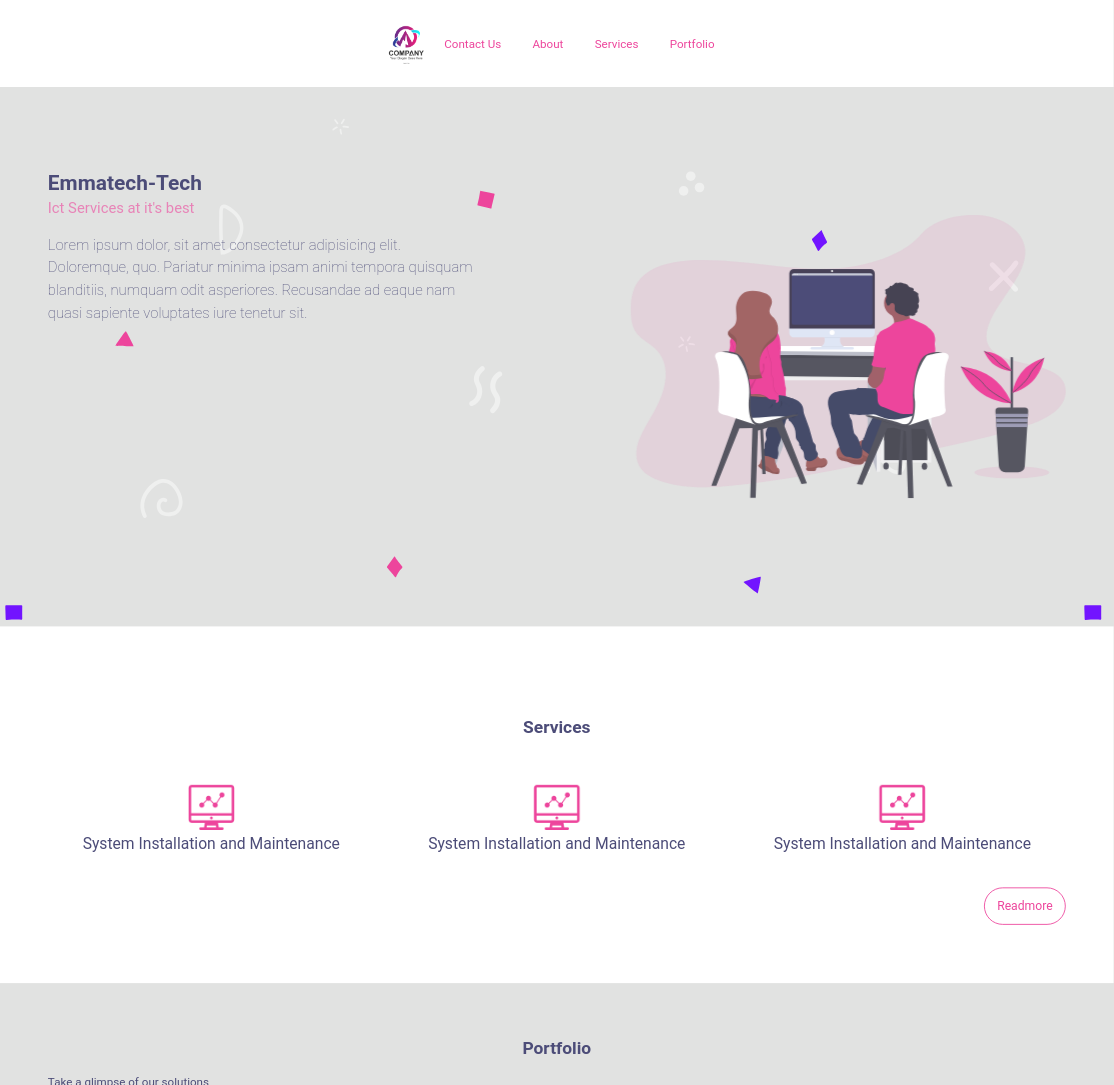
Repository: wisdomspine/emmatech-website
Page: index.html
An editor plug-in stored every save of this project. The page is shown before and after the next save, followed by the edit.
The browser window is 1280 px wide. The pictures show the part of the page from y = 0 to 1247 px (the page is 1561 px tall), at 87% of full size.
A picture or video elsewhere on the page could not be fetched, so the positions and the page height are approximate.

Above is the page before, as saved 2020-10-28 10:23:09.

After the next save:
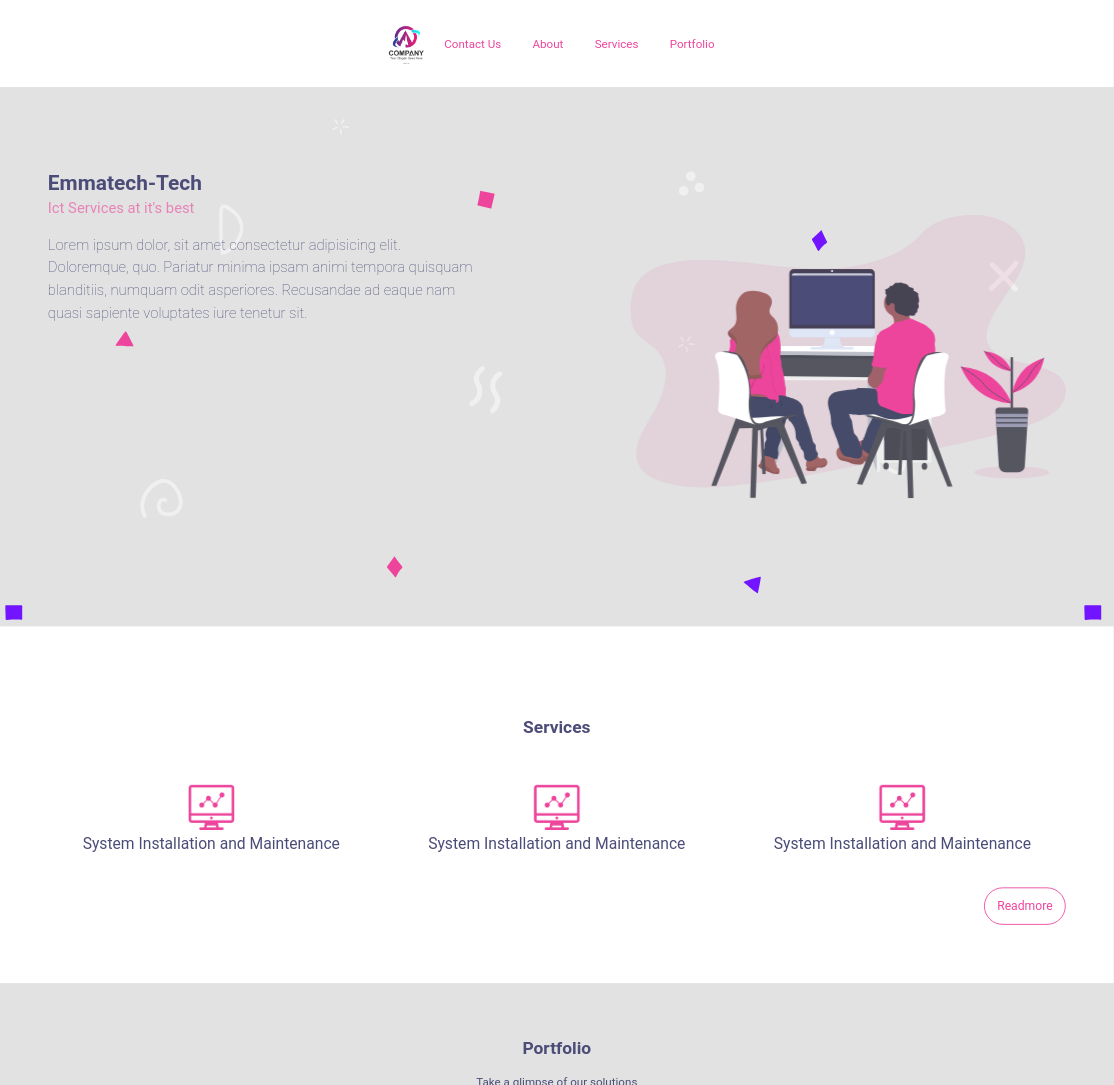
Saved 9 s later.
--- a/index.html
+++ b/index.html
@@ -127,7 +127,7 @@
                 <h2 class="text-center">
                     Portfolio
                 </h2>
-                <p>
+                <p class="text-center">
                     Take a glimpse of our solutions
                 </p>
             </header>
